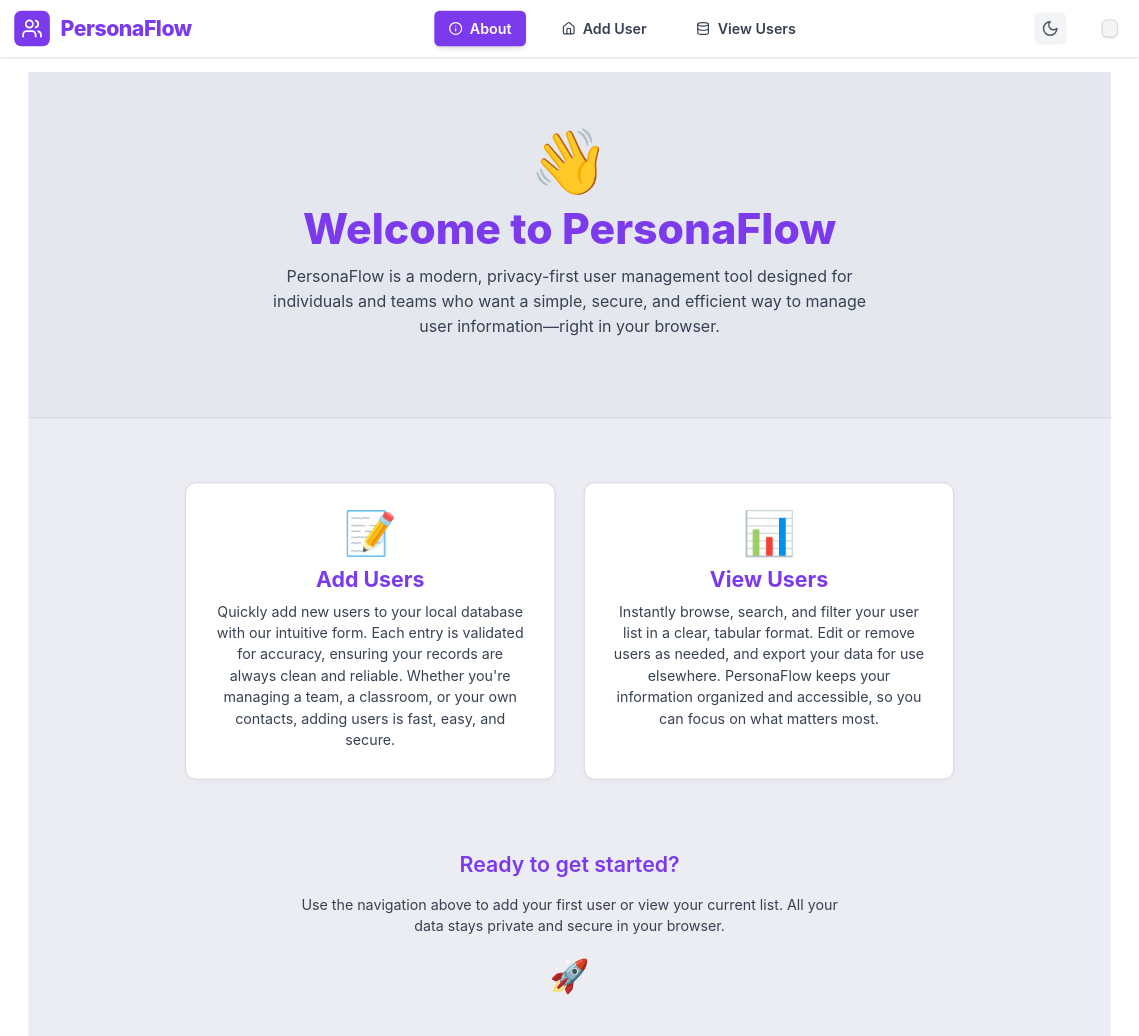
Repository: nikunjagarwal05/PersonaFlow
Page: /
An editor plug-in stored every save of this project. The page is shown before and after a run of saves, followed by the edit.
The browser window is 1280 px wide. The pictures show the whole page, at 89% of full size.
The project was rebuilt for these pictures with package versions that can differ from the ones it lists, and the page was loaded fresh each time. Also part of the build but not shown: vite.config.ts, src/components/Toast.jsx, src/components/LanguageSelector.jsx, src/components/UserForm.jsx, src/utils/localStorage.js, src/pages/Home.jsx, src/components/UserTable.jsx, src/components/SearchBar.jsx and 3 more.

Above is the page before, as saved 2025-06-12 12:52:20.

### index.html
<!doctype html>
<html lang="en" class="scroll-smooth">
  <head>
    <meta charset="UTF-8" />
    <link rel="icon" type="image/svg+xml" href="/vite.svg" />
    <meta name="viewport" content="width=device-width, initial-scale=1.0" />
    <meta
      name="description"
      content="PersonaFlow - A professional user management system with advanced data handling capabilities"
    />
    <meta
      name="keywords"
      content="user management, data management, professional design, React, JavaScript"
    />
    <meta name="author" content="PersonaFlow Team" />

    <!-- Open Graph / Facebook -->
    <meta property="og:type" content="website" />
    <meta property="og:title" content="PersonaFlow - Professional User Management" />
    <meta property="og:description" content="Manage users with our professional, clean interface" />

    <!-- Twitter -->
    <meta property="twitter:card" content="summary_large_image" />
    <meta property="twitter:title" content="PersonaFlow - Professional User Management" />
    <meta property="twitter:description" content="Manage users with our professional, clean interface" />

    <title>PersonaFlow - User Management System</title>

    <!-- Google Translate Script (added safely) -->
    <script
      src="//translate.google.com/translate_a/element.js?cb=googleTranslateElementInit"
      async
      defer
    ></script>

    <script>
      function googleTranslateElementInit() {
        new google.translate.TranslateElement(
          {
            pageLanguage: 'en',
            includedLanguages: 'en,hi,fr,de,es,zh',
            layout: google.translate.TranslateElement.InlineLayout.SIMPLE
          },
          'google_translate_element'
        );
      }
    </script>
  </head>

  <body class="bg-white dark:bg-gray-900 text-gray-800 dark:text-gray-100">
    <noscript>
      <p class="text-center text-red-500 font-semibold">
        JavaScript is required to run this site properly.
      </p>
    </noscript>

    <div id="root"></div>
    <script type="module" src="/src/main.jsx"></script>
  </body>
</html>

### src/App.jsx
import React, { useState, useEffect } from 'react';
import { BrowserRouter as Router, Routes, Route } from 'react-router-dom';

import { ToastProvider } from './components/ToastContainer';
import Navbar from './components/Navbar';
import Home from './pages/Home';
import ViewData from './pages/ViewData';
import About from './pages/About';

function App() {
  const [darkMode, setDarkMode] = useState(() => {
    const saved = localStorage.getItem('darkMode');
    return saved ? JSON.parse(saved) : false;
  });

  useEffect(() => {
    localStorage.setItem('darkMode', JSON.stringify(darkMode));
    if (darkMode) {
      document.documentElement.classList.add('dark');
    } else {
      document.documentElement.classList.remove('dark');
    }

  }, [darkMode]);

  const toggleDarkMode = () => setDarkMode(!darkMode);

  return (
    <div className={`min-h-screen transition-colors duration-300 ${darkMode ? 'dark' : ''}`}>
      <ToastProvider>
        <Router>
          <Navbar darkMode={darkMode} toggleDarkMode={toggleDarkMode} />
          <main className="pt-4 px-4 sm:px-6 lg:px-8">
            <Routes>
              <Route path="/" element={<About />} />
              <Route path="/add" element={<Home />} />
              <Route path="/view" element={<ViewData />} />
            </Routes>
          </main>
        </Router>
      </ToastProvider>
    </div>
  );
}

export default App;

### src/index.css
@tailwind base;
@tailwind components;
@tailwind utilities;

@layer base {
  html {
    scroll-behavior: smooth;
  }

  body {
    font-family: -apple-system, BlinkMacSystemFont, 'Segoe UI', 'Roboto', 'Oxygen',
      'Ubuntu', 'Cantarell', 'Fira Sans', 'Droid Sans', 'Helvetica Neue',
      sans-serif;
    -webkit-font-smoothing: antialiased;
    -moz-osx-font-smoothing: grayscale;
    background-color: theme('colors.lightbg');
    color: theme('colors.gray.900');
    top: 0 !important;
  }

  .card {
    background-color: theme('colors.lightcard');
    border: 1px solid theme('colors.lightborder');
    border-radius: 0.75rem;
    box-shadow: 0 2px 8px rgba(0, 0, 0, 0.03);
  }

  .dark body {
    background-color: theme('colors.gray.900');
    color: theme('colors.gray.100');
  }

  .dark .card {
    background-color: theme('colors.gray.800');
    border: 1px solid theme('colors.gray.700');
  }
}

@layer utilities {
  /* Animations */
  .animate-slide-in {
    animation: slideIn 0.3s ease-out;
  }

  .animate-fade-in {
    animation: fadeIn 0.2s ease-out;
  }

  /* Buttons */
  .btn-hover {
    transition: all 0.2s ease-in-out;
  }

  .btn-hover:hover {
    transform: translateY(-1px);
    box-shadow: 0 4px 12px rgba(0, 0, 0, 0.15);
  }

  /* Cards */
  .card-hover {
    transition: all 0.2s ease-in-out;
  }

  .card-hover:hover {
    transform: translateY(-2px);
    box-shadow: 0 8px 25px rgba(0, 0, 0, 0.1);
  }

  /* Forms */
  .form-input {
    transition: all 0.2s ease-in-out;
  }

  .form-input:focus {
    transform: translateY(-1px);
  }

  /* Tables */
  .table-row {
    transition: all 0.2s ease-in-out;
  }

  .table-row:hover {
    transform: scale(1.01);
  }

  /* Accent buttons and links */
  .btn-accent {
    background-color: theme('colors.accent.DEFAULT');
    color: #fff;
  }

  .btn-accent:hover {
    background-color: theme('colors.accent.dark');
  }

  .link-accent {
    color: theme('colors.accent.DEFAULT');
  }

  .link-accent:hover {
    color: theme('colors.accent.dark');
  }

  .dark .btn-accent {
    background-color: theme('colors.darkaccent.DEFAULT');
    color: #fff;
  }

  .dark .btn-accent:hover {
    background-color: theme('colors.darkaccent.dark');
  }

  .dark .link-accent {
    color: theme('colors.darkaccent.DEFAULT');
  }

  .dark .link-accent:hover {
    color: theme('colors.darkaccent.dark');
  }

  /* Spinner */
  .loading-spinner {
    border: 3px solid rgba(59, 130, 246, 0.3);
    border-top: 3px solid #3b82f6;
    border-radius: 50%;
    width: 24px;
    height: 24px;
    animation: spin 1s linear infinite;
  }

  /* Scrollbar */
  ::-webkit-scrollbar {
    width: 8px;
  }

  ::-webkit-scrollbar-track {
    background: rgba(0, 0, 0, 0.1);
    border-radius: 10px;
  }

  ::-webkit-scrollbar-thumb {
    background: #3b82f6;
    border-radius: 10px;
  }

  ::-webkit-scrollbar-thumb:hover {
    background: #2563eb;
  }

  /* Text Selection */
  ::selection {
    background: rgba(59, 130, 246, 0.3);
    color: white;
  }

  /* Input focus */
  input:focus,
  select:focus,
  textarea:focus {
    outline: none;
    box-shadow: 0 0 0 3px rgba(59, 130, 246, 0.3);
  }

  /* Google Translate Container Styles */
  #google_translate_element,
  #google_translate_element_mobile {
    @apply text-sm border rounded-md px-2 py-1 shadow;
    max-width: fit-content;
    margin-right: 0.5rem;
  }

  /* Light Theme */
  :not(.dark) #google_translate_element,
  :not(.dark) #google_translate_element_mobile {
    @apply text-gray-800 bg-gray-100 border-gray-300;
  }

  /* Dark Theme */
  .dark #google_translate_element,
  .dark #google_translate_element_mobile {
    @apply text-white bg-gray-800 border-gray-700 shadow-lg;
  }

  /* Hide branding (optional) */
  .goog-logo-link,
  .goog-te-gadget span,
  .goog-te-banner-frame.skiptranslate,
  body > .goog-te-banner-frame {
    display: none !important;
  }

  /* Accessibility */
  @media (prefers-contrast: high) {
    .bg-gradient-to-r {
      background: solid;
    }
  }

  @media (prefers-reduced-motion: reduce) {
    * {
      animation-duration: 0.01ms !important;
      animation-iteration-count: 1 !important;
      transition-duration: 0.01ms !important;
    }

    .animate-slide-in,
    .animate-fade-in {
      animation: none;
    }
  }

  /* Mobile override */
  @media (max-width: 768px) {
    .animate-slide-in {
      animation: slideInMobile 0.3s ease-out;
    }
  }
}

/* Keyframes */
@keyframes slideIn {
  from {
    opacity: 0;
    transform: translateX(100%);
  }
  to {
    opacity: 1;
    transform: translateX(0);
  }
}

@keyframes fadeIn {
  from {
    opacity: 0;
  }
  to {
    opacity: 1;
  }
}

@keyframes slideInMobile {
  from {
    opacity: 0;
    transform: translateY(20px);
  }
  to {
    opacity: 1;
    transform: translateY(0);
  }
}

@keyframes spin {
  0% {
    transform: rotate(0deg);
  }
  100% {
    transform: rotate(360deg);
  }
}

### src/components/ToastContainer.jsx
import React, { createContext, useContext, useState, useCallback } from 'react';
import Toast from './Toast';

// ToastContainer provides context and renders toasts
const ToastContext = createContext(undefined);

export const useToast = () => {
  const context = useContext(ToastContext);
  if (!context) {
    throw new Error('useToast must be used within a ToastProvider');
  }
  return context;
};

export const ToastProvider = ({ children }) => {
  const [toasts, setToasts] = useState([]);

  const showToast = useCallback((toast) => {
    const id = crypto.randomUUID();
    const newToast = {
      ...toast,
      id,
      onClose: removeToast,
    };
    setToasts(prev => [...prev, newToast]);
  }, []);

  const removeToast = useCallback((id) => {
    setToasts(prev => prev.filter(toast => toast.id !== id));
  }, []);

  return (
    <ToastContext.Provider value={{ showToast }}>
      {children}
      <div className="fixed top-4 right-4 z-50 space-y-2 max-w-sm">
        {toasts.map(toast => (
          <Toast key={toast.id} {...toast} />
        ))}
      </div>
    </ToastContext.Provider>
  );
};

### src/components/Navbar.jsx
import React from 'react';
import { Link, useLocation } from 'react-router-dom';
import { Home, Database, Moon, Sun, Users, Info } from 'lucide-react';
import LanguageSelector from './LanguageSelector';
import useGoogleTranslate from '../hooks/useGoogleTranslate';

const Navbar = ({ darkMode, toggleDarkMode }) => {
  const location = useLocation();
  useGoogleTranslate();

  return (
    <nav className="sticky top-0 z-40 bg-white dark:bg-gray-900 border-b border-gray-200 dark:border-gray-700 shadow-sm">
      <div className="max-w-7xl mx-auto flex justify-between items-center h-16 w-full px-4">
        {/* Left side */}
        <div className="flex items-center space-x-3 min-w-[220px]">
          <div className="p-2 bg-accent dark:bg-darkaccent rounded-lg">
            <Users className="w-6 h-6 text-white" />
          </div>
          <h1 className="text-2xl font-extrabold text-accent dark:text-darkaccent-light tracking-tight">
            PersonaFlow
          </h1>
        </div>

        {/* Center Links */}
        <div className="hidden md:flex items-center space-x-6">
          <Link
            to="/"
            className={`px-4 py-2 rounded-md font-semibold flex items-center space-x-2 ${
              location.pathname === '/'
                ? 'bg-accent dark:bg-darkaccent text-white shadow-md'
                : 'text-gray-700 dark:text-gray-300 hover:bg-gray-100 dark:hover:bg-gray-800'
            }`}
          >
            <Info className="w-4 h-4" />
            <span>About</span>
          </Link>
          <Link
            to="/add"
            className={`px-4 py-2 rounded-md font-semibold flex items-center space-x-2 ${
              location.pathname === '/add'
                ? 'bg-accent dark:bg-darkaccent text-white shadow-md'
                : 'text-gray-700 dark:text-gray-300 hover:bg-gray-100 dark:hover:bg-gray-800'
            }`}
          >
            <Home className="w-4 h-4" />
            <span>Add User</span>
          </Link>
          <Link
            to="/view"
            className={`px-4 py-2 rounded-md font-semibold flex items-center space-x-2 ${
              location.pathname === '/view'
                ? 'bg-accent dark:bg-darkaccent text-white shadow-md'
                : 'text-gray-700 dark:text-gray-300 hover:bg-gray-100 dark:hover:bg-gray-800'
            }`}
          >
            <Database className="w-4 h-4" />
            <span>View Users</span>
          </Link>
        </div>

        <div className='flex justify-center items-center gap-10'>
          {/* Right Side - Dark Mode + Translate */}
          <div className="flex items-center space-x-3">
            <button
              onClick={toggleDarkMode}
              className="p-2 rounded-md bg-gray-100 dark:bg-gray-800 hover:bg-gray-200 dark:hover:bg-gray-700"
              aria-label="Toggle dark mode"
            >
              {darkMode ? (
                <Sun className="w-5 h-5 text-yellow-500" />
              ) : (
                <Moon className="w-5 h-5 text-gray-600" />
              )}
            </button>
          </div>

          <div className='flex justify-center items-center'>
            <div id="google_translate_element" className='h-5 w-5'></div>
          </div>
        </div>

      </div>
    </nav>
  );
};

export default Navbar;

### src/pages/About.jsx
import React from 'react';

// About page: Explains the website and its main features in depth
const About = () => {
  return (
    <div className="min-h-screen bg-lightbg dark:bg-gray-900 text-gray-900 dark:text-gray-100">
      {/* Hero Section */}
      <section className="w-full py-16 bg-lightcard dark:bg-gray-800 border-b border-lightborder dark:border-gray-700 mb-10">
        <div className="max-w-3xl mx-auto px-4 flex flex-col items-center text-center">
          <span className="inline-block text-7xl mb-4">👋</span>
          <h1 className="text-4xl sm:text-5xl font-extrabold text-accent dark:text-accent-light mb-4">Welcome to PersonaFlow</h1>
          <p className="text-lg text-gray-700 dark:text-gray-200 max-w-2xl mb-6">
            PersonaFlow is a modern, privacy-first user management tool designed for individuals and teams who want a simple, secure, and efficient way to manage user information—right in your browser.
          </p>
        </div>
      </section>

      {/* Features Section */}
      <section className="max-w-4xl mx-auto px-4 py-8 grid grid-cols-1 md:grid-cols-2 gap-8">
        {/* Add Users Feature */}
        <div className="bg-white dark:bg-gray-800 card p-8 flex flex-col items-center text-center">
          <span className="text-5xl mb-3">📝</span>
          <h2 className="text-2xl font-bold text-accent dark:text-accent-light mb-2">Add Users</h2>
          <p className="text-gray-700 dark:text-gray-200">
            Quickly add new users to your local database with our intuitive form. Each entry is validated for accuracy, ensuring your records are always clean and reliable. Whether you're managing a team, a classroom, or your own contacts, adding users is fast, easy, and secure.
          </p>
        </div>
        {/* View Users Feature */}
        <div className="bg-white dark:bg-gray-800 card p-8 flex flex-col items-center text-center">
          <span className="text-5xl mb-3">📊</span>
          <h2 className="text-2xl font-bold text-accent dark:text-accent-light mb-2">View Users</h2>
          <p className="text-gray-700 dark:text-gray-200">
            Instantly browse, search, and filter your user list in a clear, tabular format. Edit or remove users as needed, and export your data for use elsewhere. PersonaFlow keeps your information organized and accessible, so you can focus on what matters most.
          </p>
        </div>
      </section>

      {/* Call to Action */}
      <section className="max-w-2xl mx-auto px-4 py-12 text-center">
        <h3 className="text-2xl font-semibold mb-4 text-accent dark:text-accent-light">Ready to get started?</h3>
        <p className="text-gray-700 dark:text-gray-200 mb-6">
          Use the navigation above to add your first user or view your current list. All your data stays private and secure in your browser.
        </p>
        <span className="inline-block text-4xl">🚀</span>
      </section>
    </div>
  );
};

export default About;

### src/hooks/useGoogleTranslate.js
import { useEffect } from 'react';

const useGoogleTranslate = () => {
    useEffect(() => {
        const existingScript = document.getElementById('google-translate-script');
        const existingElement = document.getElementById('google_translate_element');

        // Avoid re-adding script if already loaded
        if (!existingScript) {
        const script = document.createElement('script');
        script.id = 'google-translate-script';
        script.src = '//translate.google.com/translate_a/element.js?cb=googleTranslateElementInit';
        script.async = true;
        document.body.appendChild(script);
        }

        // Init callback must be defined *before* script loads
        window.googleTranslateElementInit = () => {
            if (existingElement && !existingElement.innerHTML.trim()) {
                new window.google.translate.TranslateElement(
                {
                    pageLanguage: 'en',
                    includedLanguages: 'en,hi,fr,de,es,zh',
                    layout: window.google.translate.TranslateElement.InlineLayout.SIMPLE,
                },
                'google_translate_element'
                );
            }
        };
    }, []);
};

export default useGoogleTranslate;

### tailwind.config.js
/** @type {import('tailwindcss').Config} */
export default {
  content: ['./index.html', './src/**/*.{js,ts,jsx,tsx}'],
  theme: {
    extend: {
      colors: {
        lightbg: '#ececf3', // deeper, softer white for light mode
        lightcard: '#e5e7ef', // soft card
        lightborder: '#d1d5db',
        accent: {
          DEFAULT: '#7c3aed', // deep purple for light mode
          dark: '#6d28d9', // even deeper purple
          light: '#a78bfa', // lighter purple
        },
        darkaccent: {
          DEFAULT: '#06b6d4', // cyan/teal for dark mode
          dark: '#0e7490',
          light: '#67e8f9',
        },
      },
    },
  },
  plugins: [],
  darkMode: 'class',
};

Loaded but not shown: src/main.jsx (common file)

After the next 2 saves:
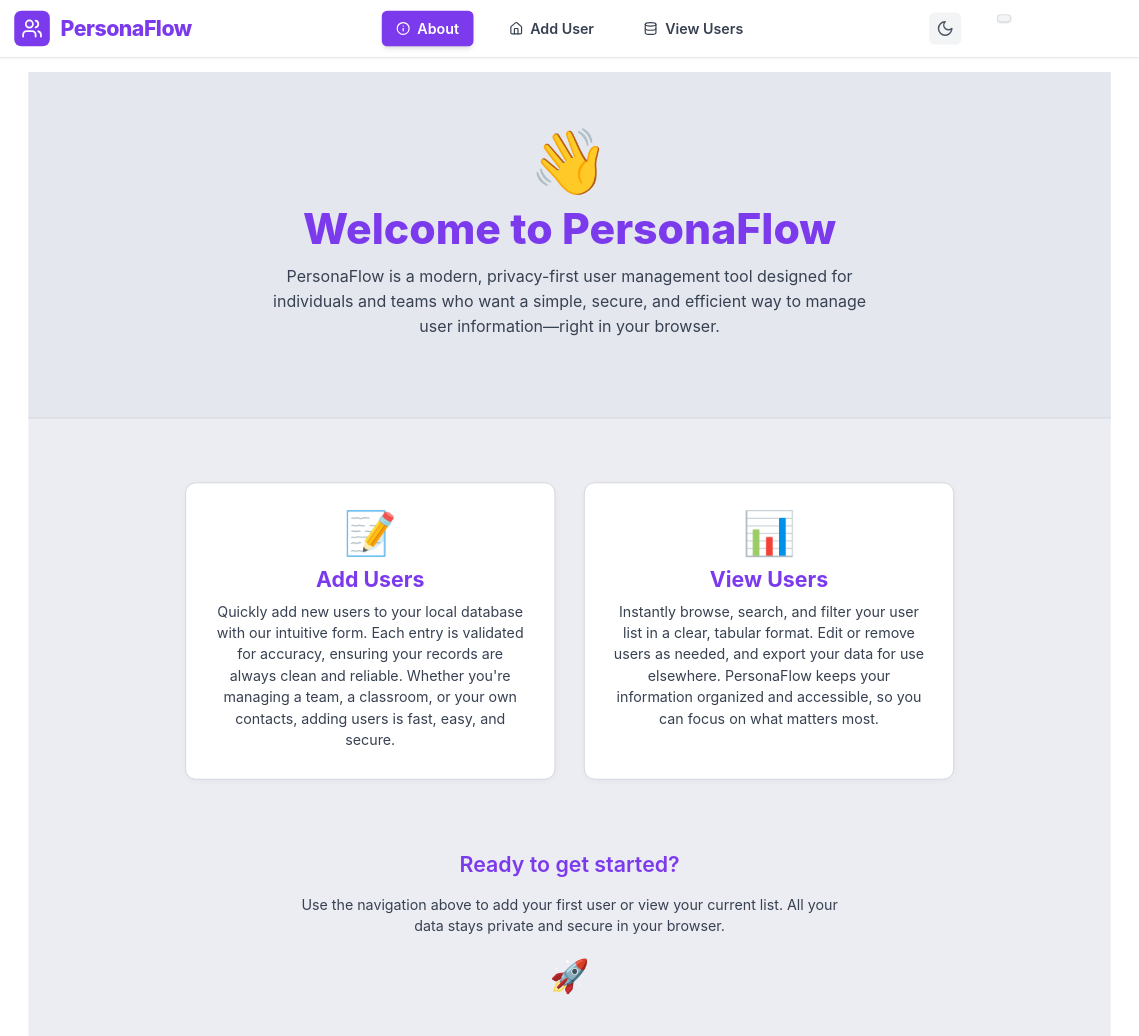
The 2 saves are shown as one change because they came seconds apart.
The last was saved 79 s later.
--- a/src/components/Navbar.jsx
+++ b/src/components/Navbar.jsx
@@ -74,9 +74,10 @@ const Navbar = ({ darkMode, toggleDarkMode }) => {
             </button>
           </div>
 
-          <div className='flex justify-center items-center'>
-            <div id="google_translate_element" className='h-5 w-5'></div>
+          <div id="translator-wrapper" className="relative w-36 h-8 overflow-hidden">
+            <div id="google_translate_element" className="absolute top-0 left-0 scale-90 origin-top-left"></div>
           </div>
+
         </div>
 
       </div>
